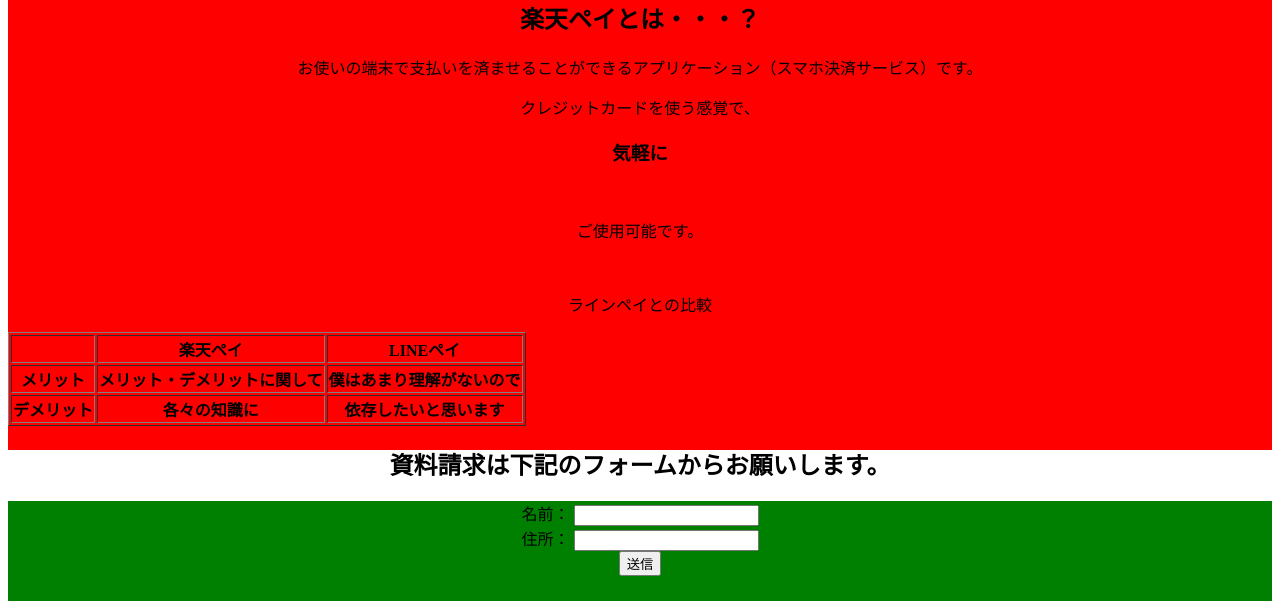
Repository: TatsuyaNakahara/Monomeets-
Page: html/RakutenPay2.html
The author's editor kept a record of every edit. The page is drawn from the files as they stood at one moment, then again after the next edit.
The browser window is 1280 px wide. The pictures show the part of the page from y = 395 to 996 px (the page is 996 px tall before and 976 px after).
A picture or video elsewhere on the page could not be fetched, so the positions and the page height are approximate.

Above is the page before.

After the next edit:
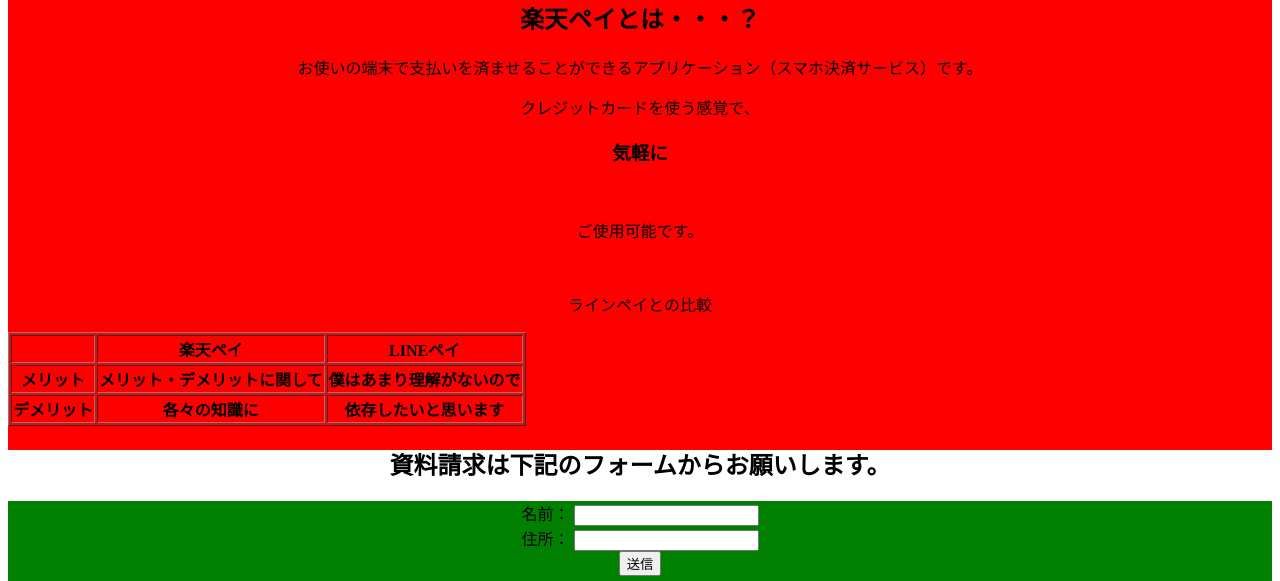
The edit:
--- a/html/css3.css
+++ b/html/css3.css
@@ -13,7 +13,8 @@
 }
 
 footer {
-  height: 100px;
+  margin-top: 0px;
+  height: 80px;
   background-color: green;
   text-align: center;
 }
